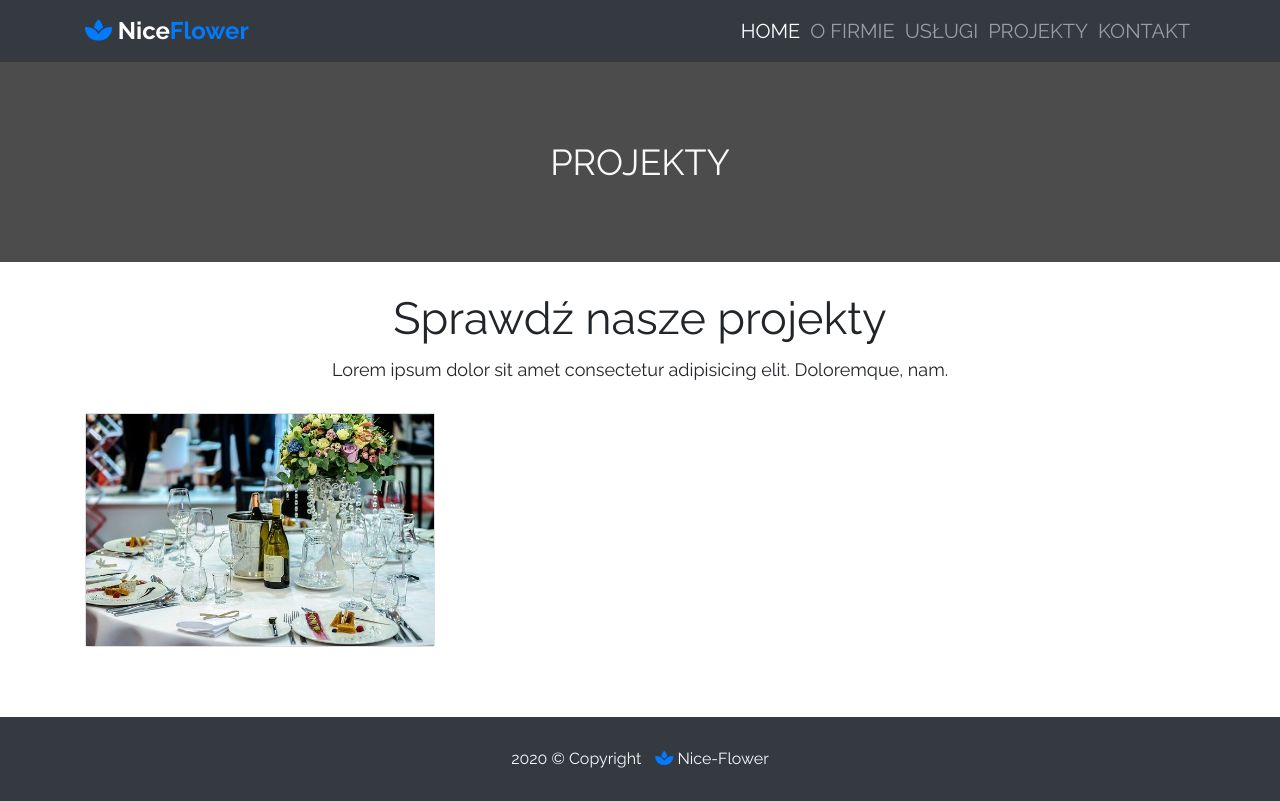
Repository: KrzysKolo/Projekt-13_Kwiaciarnia
Page: projects.html
These files come from the project's save history. The page is drawn as it stood at one moment and after the next save; the edit follows.
The browser window is 1280 px wide. The pictures show the whole page.
Some web libraries are served in a nearby version.

Above is the page before, as saved 2020-08-11 12:16:15.

After the next save:
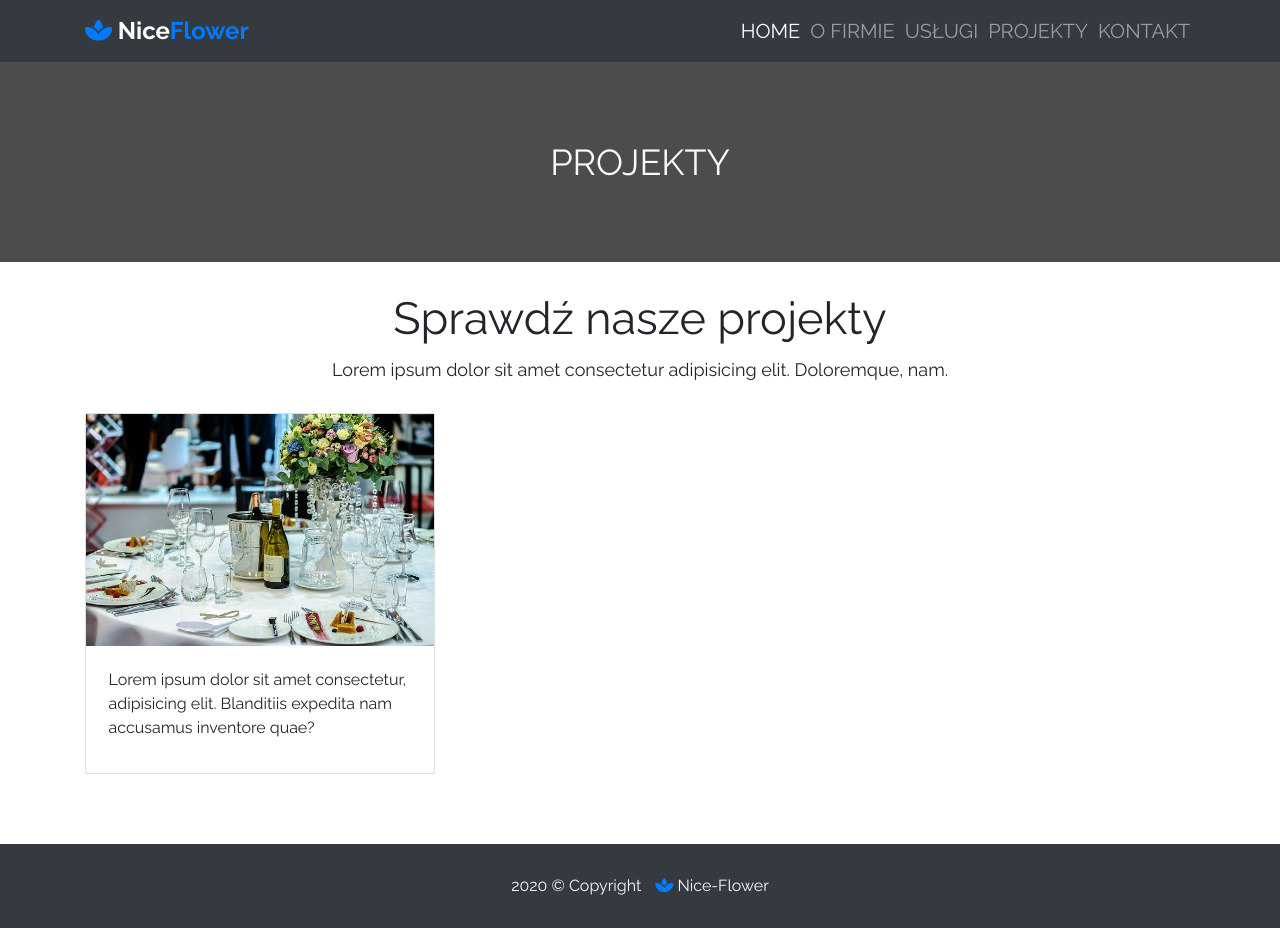
Saved 66 s later.
--- a/projects.html
+++ b/projects.html
@@ -74,6 +74,12 @@
             <div class="col-md-6 col-lg-4">
               <div class="card mb-3">
                 <img src="./img/p1.jpg" alt="Lorem lorem" />
+                <div class="card-body">
+                  <p class="p-3">
+                    Lorem ipsum dolor sit amet consectetur, adipisicing elit.
+                    Blanditiis expedita nam accusamus inventore quae?
+                  </p>
+                </div>
               </div>
             </div>
           </div>
